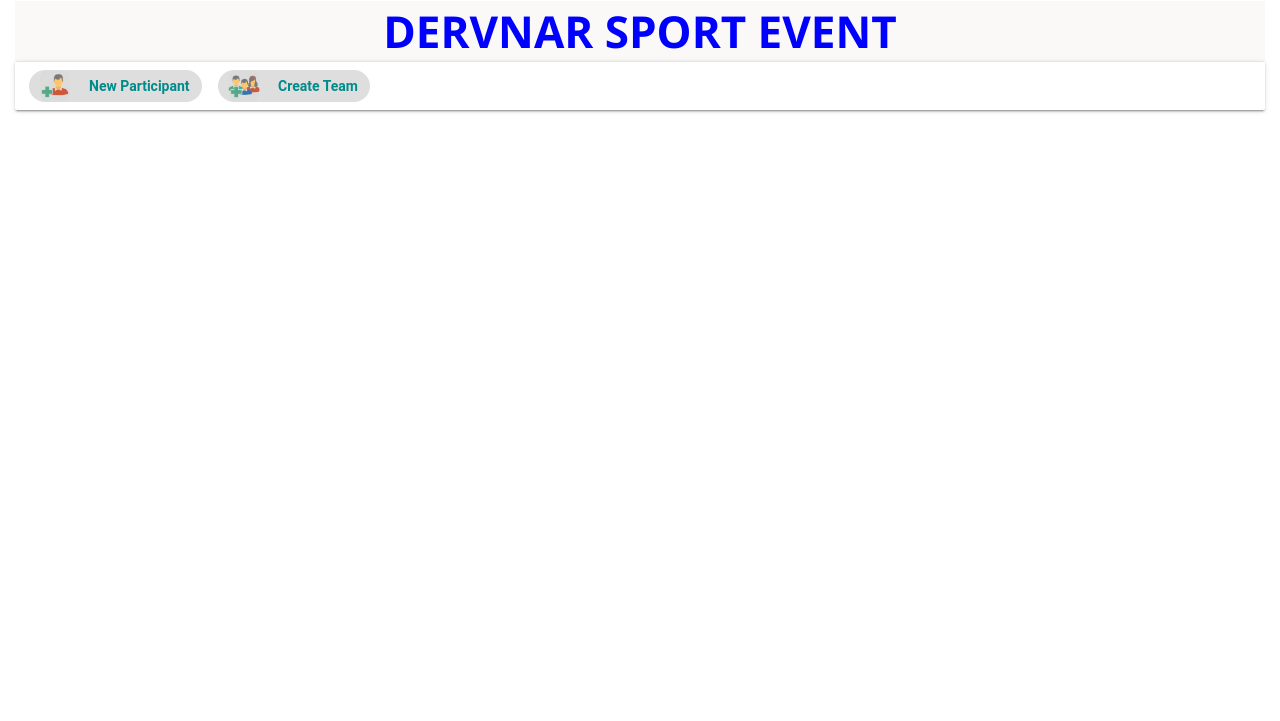
Repository: chavanasam30/sportsmanagmentsystem
Page: http://localhost/SportManagmentSystem/
An editor plug-in stored every save of this project. The page is shown before and after the next save, followed by the edit.
The browser window is 1280 px wide. The pictures show the whole page.
The page is served by Tomcat 9.

Above is the page before, as saved 2017-02-17 05:53:27.

After the next save:
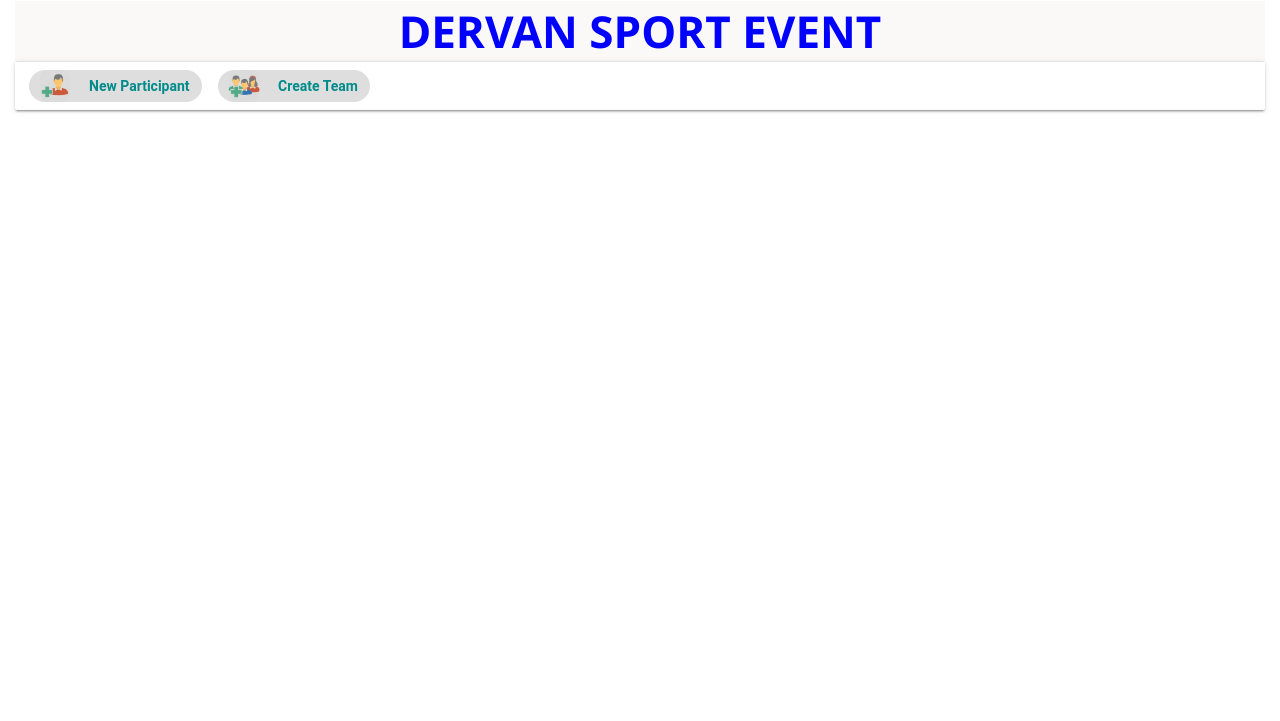
Saved 20 s later.
--- a/SportManagmentSystem/WebContent/HomePage.jsp
+++ b/SportManagmentSystem/WebContent/HomePage.jsp
@@ -14,7 +14,7 @@
 <body>
 <form>
 	<div class="heading">
-		<label>Dervnar Sport Event</label>
+		<label>Dervan Sport Event</label>
 	</div>
 <div class="demo-card-wide mdl-card mdl-shadow--2dp">
 
